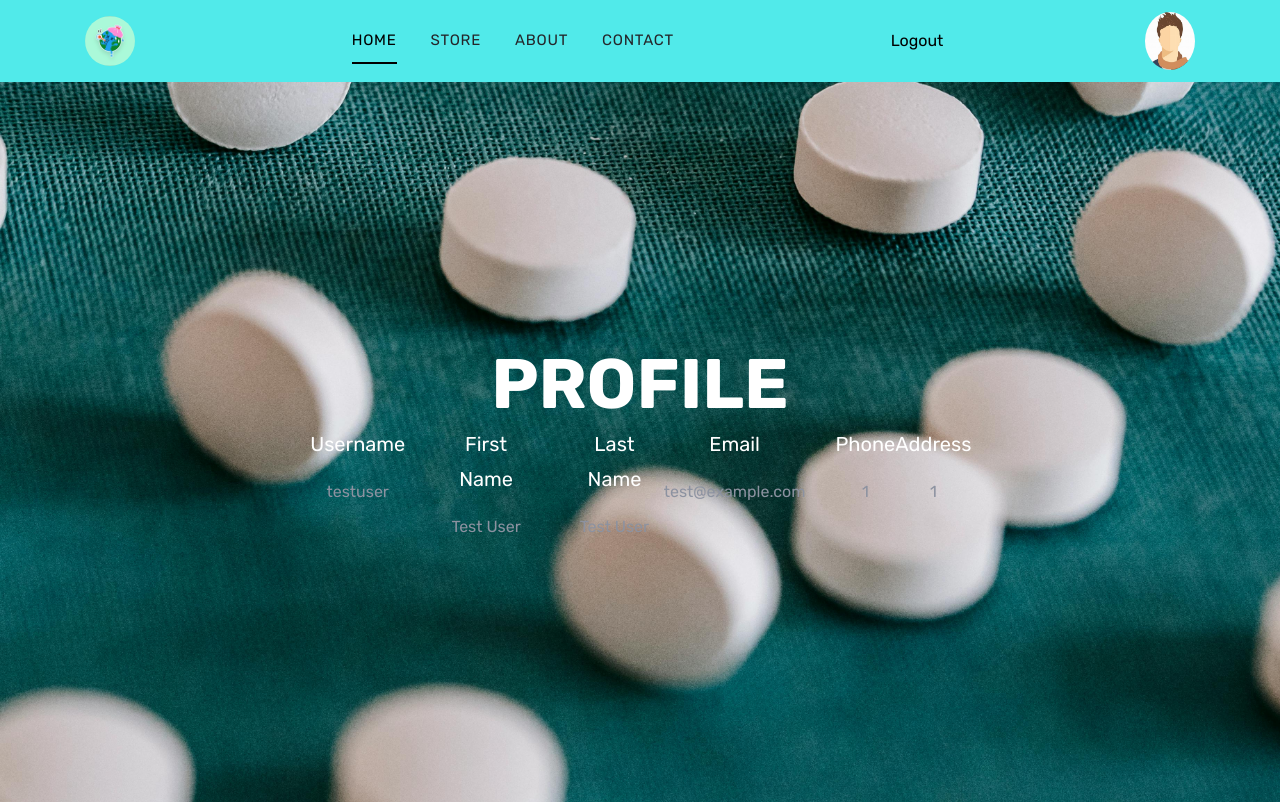
Repository: Argivist/Web-Doctor
Page: http://localhost/view/profile.php
These files come from the project's save history. The page is drawn as it stood at one moment and after the next save; the edit follows.
The browser window is 1280 px wide. The pictures show the whole page.
Some web fonts or font styles are not loaded; a fallback is used. The page is run by PHP 8.4 with error messages shown; the project is at /var/www/html/. The session is filled in as if someone had signed in: {"id": 1, "username": "testuser", "fname": "Test User", "lname": "Test User", "email": "test@example.com", "phone": 1, "address": 1}. Other server files are loaded and not shown.

Above is the page before, as saved 2024-02-20 19:27:00.

### view/profile.php
<?php
include "../settings/connection.php";
session_start();
// if (!isset($_SESSION['id'])) {
//     header("Location: ../login/login.php");
// }
?>
<!DOCTYPE html>
<html lang="en">

<head>
    <meta charset="UTF-8">
    <meta name="viewport" content="width=device-width, initial-scale=1.0">
    <title>Document</title>


    <link href="https://fonts.googleapis.com/css?family=Rubik:400,700|Crimson+Text:400,400i" rel="stylesheet">
    <link rel="stylesheet" href="fonts/icomoon/style.css">
    <link rel="stylesheet" href="../css/bootstrap.min.css">
    <link rel="stylesheet" href="../css/magnific-popup.css">
    <link rel="stylesheet" href="../css/jquery-ui.css">
    <link rel="stylesheet" href="../css/owl.carousel.min.css">
    <link rel="stylesheet" href="../css/owl.theme.default.min.css">
    <link rel="stylesheet" href="../css/style.css">
    <link rel="stylesheet" href="../css/aos.css">
</head>

<body>
    <div class="site-wrap">

        <!--Navigation Bar-->
        <div class="site-navbar bg-primary py-2">
            <div class="container">
                <div class="d-flex align-items-center justify-content-between">
                    <div class="logo">
                        <div class="site-logo">
                            <a href="home.php" class="js-logo-clone"><img src="../img/logo/logo.png" style="width:50px; border-radius:50px;" alt="logo" /></a>
                        </div>
                    </div>
                    <div class="main-nav d-lg-block">
                        <nav class="site-navigation text-right text-md-center" role="navigation">
                            <ul class="site-menu js-clone-nav d-lg-block">
                                <li class="active"><a href="home.php">Home</a></li>
                                <li><a href="shop.php">Store</a></li>
                                <li><a href="aboutus.html">About</a></li>
                                <li><a href="contact.html">Contact</a></li>
                            </ul>
                        </nav>
                    </div>
                    <?php
                    if (isset($_SESSION['id'])) {
                        echo "<div class='logout'><a href='../actions/logout.php'>Logout</a></div>";
                    } else {
                        echo "<div class='login'><a href='../login/login.php'>Sign in</a></div>";
                    } ?>
                    <div class="profile">
                        <a href="
                        <?php
                        if (isset($_SESSION['id'])) {
                            echo "profile.php";
                        } else {
                            echo "../login/login.php";
                        }
                        ?>
                        "><img src="
                        <?php
                        if (isset($_SESSION['id'])) {
                            echo "../img/profile.jpg";
                        } else {
                            echo "../img/default_profile.jpg";
                        }
                        ?>
                        " alt="Image" class="rounded-circle" style="width:50px; border-radius:50px;"></a>
                    </div>
                </div>
            </div>
        </div>

        <!--Main Content-->
        <!--Image By: Photo by Alex Green: https://www.pexels.com/photo/pile-of-white-spilled-pills-5699514/-->
        <div class="site-blocks-cover" style="background-image: url('../img/background/pharmacy_1.jpg');">
            <div class="container">
                <div class="row">
                    <div class="col-lg-7 mx-auto order-lg-2 align-self-center">
                        <div class="site-block-cover-content text-center">
                            <!--Profile page-->
                            <h1 class="mb-0">Profile</h1>
                            <div class="row justify-content-center">
                                <div class="row">
                                    <div class="col">
                                        <p>Username</p><?php
                                                        echo $_SESSION['username'];
                                                        ?>
                                    </div>
                                    <div class="col">
                                        <p>First Name</p><?php
                                                            echo $_SESSION['fname'];
                                                            ?>
                                    </div>
                                    <div class="col">
                                        <p>Last Name</p><?php
                                                        echo $_SESSION['lname'];
                                                        ?>
                                    </div>
                                </div>
                                <div class="row">
                                    <div class="col">
                                        <p>Email</p><?php
                                                    echo $_SESSION['email'];
                                                    ?>
                                    </div>
                                    <div class="col">
                                        <p>Phone</p><?php
                                                    echo $_SESSION['phone'];
                                                    ?>
                                    </div>
                                </div>
                                <div class="row">
                                    <div class="col">
                                        <p>Address</p><?php
                                                        echo $_SESSION['address'];
                                                        ?>
                                    </div>

                                </div>
                            </div>
                        </div>
                    </div>
                </div>
            </div>
</body>

</html>

### settings/connection.php
<?php
$server="localhost:3307";
$user="root";
$passwd="root";
$db="webdoc";

$conn=mysqli_connect($server,$user,$passwd,$db) or die("Connection failed :: ".$conn->error);
?>

Loaded but not shown: css/bootstrap.min.css (library); css/magnific-popup.css (library); css/jquery-ui.css (library); css/owl.carousel.min.css (common file); css/owl.theme.default.min.css (common file); css/aos.css (library); css/style.css (1125 lines, source omitted)

After the next save:
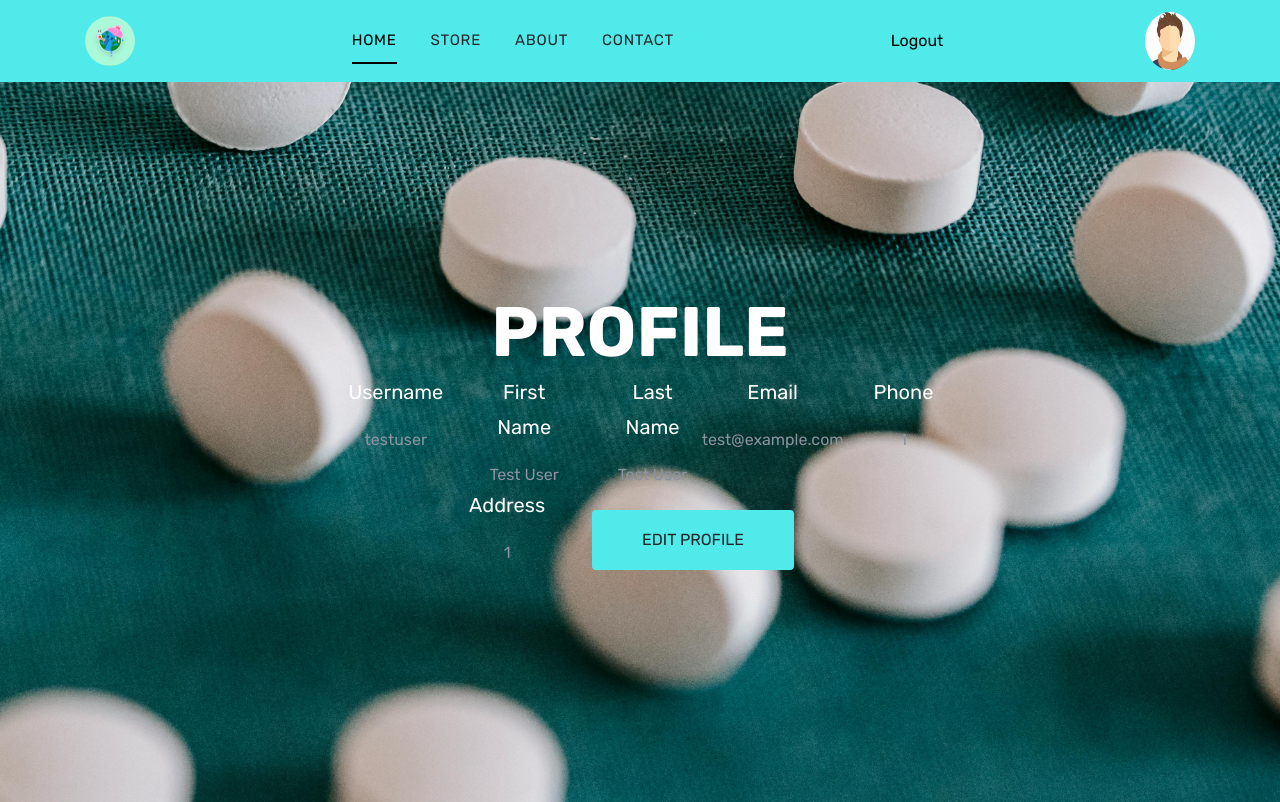
Saved 1 s later.
--- a/view/profile.php
+++ b/view/profile.php
@@ -121,7 +121,9 @@ session_start();
                                                         echo $_SESSION['address'];
                                                         ?>
                                     </div>
-
+                                    <div class="btn">
+                                        <a href="edit_profile.php" class="btn btn-primary px-5 py-3">Edit Profile</a>
+                                    </div>
                                 </div>
                             </div>
                         </div>
